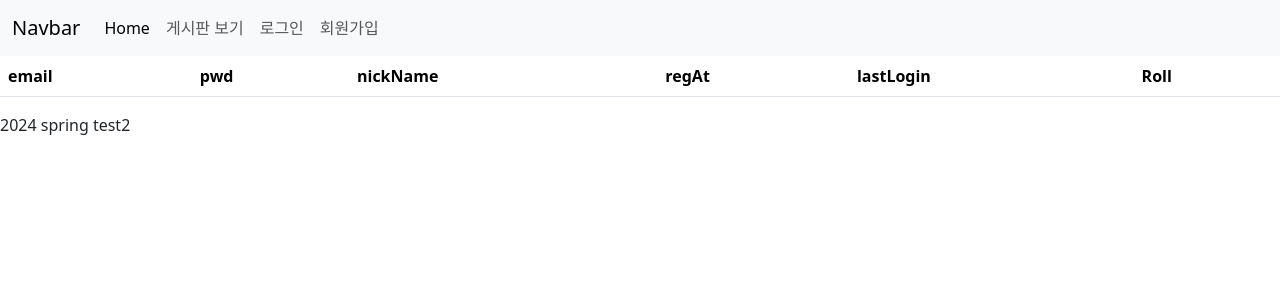
Repository: SadMyFace/spring-second
Page: http://localhost/spring_test2/WEB-INF/views/member/list.jsp
An editor plug-in stored every save of this project. The page is shown before and after the next save, followed by the edit.
The browser window is 1280 px wide. The pictures show the whole page.
The page is served by Tomcat 9. Nobody is signed in. Other server files are loaded and not shown. The template is opened directly, without the code that normally fills it, so the values that code supplies are empty.

Above is the page before, as saved 2024-01-16 01:50:39.
Console error: TypeError: Cannot read properties of null (reading 'addEventListener')

### spring_test2/src/main/webapp/WEB-INF/views/member/list.jsp
<%@ page language="java" contentType="text/html; charset=UTF-8"
    pageEncoding="UTF-8"%>
    <%@ taglib uri="http://java.sun.com/jsp/jstl/core" prefix="c" %>
    <%@ taglib uri="http://www.springframework.org/security/tags" prefix="sec"%>

<jsp:include page="../layout/header.jsp"></jsp:include>

	<table class="table">
	  <thead>
	    <tr>
	      <th scope="col">email</th>
	      <th scope="col">pwd</th>
	      <th scope="col">nickName</th>
	      <th scope="col">regAt</th>
	      <th scope="col">lastLogin</th>
	      <th scope="col">Roll</th>
	    </tr>
	  </thead>
	  <tbody>
	  	<c:forEach items="${list }" var="mvo">
	    <tr>
	      <th scope="row">${mvo.email }</th>
	      <td>${mvo.pwd }</a></td>
	      <td>${mvo.nickName }</td>
	      <td>${mvo.regAt }</td>
	      <td>${mvo.lastLogin }</td>
	      <c:forEach items="${mvo.authList }" var="auths">
			${auths.auth }
		  </c:forEach>
	    </tr>
	    </c:forEach>
	  </tbody>
	</table>


<jsp:include page="../layout/footer.jsp"></jsp:include>

### spring_test2/src/main/webapp/WEB-INF/views/layout/header.jsp
<%@ page language="java" contentType="text/html; charset=UTF-8"
    pageEncoding="UTF-8"%>
    <%@ taglib uri="http://java.sun.com/jsp/jstl/core" prefix="c" %>
    <%@ taglib uri="http://www.springframework.org/security/tags" prefix="sec"%>
<!DOCTYPE html>
<html>
<head>
<meta charset="UTF-8">
<title>Insert title here</title>
<link rel="stylesheet" href="https://cdn.jsdelivr.net/npm/bootstrap@5.3.1/dist/css/bootstrap.min.css">
<script src="https://cdn.jsdelivr.net/npm/bootstrap@5.3.1/dist/js/bootstrap.bundle.min.js"></script>
<nav class="navbar navbar-expand-lg bg-body-tertiary">
  <div class="container-fluid">
    <a class="navbar-brand" href="#">Navbar</a>
    <button class="navbar-toggler" type="button" data-bs-toggle="collapse" data-bs-target="#navbarNav" aria-controls="navbarNav" aria-expanded="false" aria-label="Toggle navigation">
      <span class="navbar-toggler-icon"></span>
    </button>
    <div class="collapse navbar-collapse" id="navbarNav">
      <ul class="navbar-nav">


      	<!-- 홈, 게시반 보기 -->
        <li class="nav-item">
          <a class="nav-link active" aria-current="page" href="/">Home</a>
        </li>
        <li class="nav-item">
          <a class="nav-link" href="/board/list">게시판 보기</a>
        </li>


        <!-- 현재 인증한 사용자의 정보를 가져와서 해당 권한이 있는지 확인 -->
        <!-- 현재 사용자의 정보는 principal -->
        <!-- anyMatch() : stream 매칭 메서드(최소한 1개의 요소가 주어진 조건에 맞는지 조사) -->
        <sec:authorize access="isAuthenticated()">
        <sec:authentication property="principal.mvo.email" var="authEmail"/>
        <sec:authentication property="principal.mvo.nickName" var="authNick"/>
        <sec:authentication property="principal.mvo.authList" var="auths"/>


        <!-- 게시판 작성 -->
        <li class="nav-item">
          <a class="nav-link" href="/board/register">게시판 작성</a>
        </li>


        <c:choose>
        	<c:when test="${auths.stream().anyMatch(authVO -> authVO.auth.equals('ROLE_ADMIN')).get() }">
        		<li class="nav-item">
		          <a class="nav-link" href="/member/list">회원 리스트 ${authNick }(${authEmail }/ADMIN)</a>
		        </li>
		        <li class="nav-item">
		          <a class="nav-link" href="/member/modify">회원 정보 수정 ${authNick }(${authEmail })</a>
		        </li>
        	</c:when>
        	<c:otherwise>
        		<li class="nav-item">
		          <a class="nav-link" href="/member/modify">회원 정보 수정 ${authNick }(${authEmail })</a>
		        </li>
        	</c:otherwise>
        </c:choose>


      	<!-- 로그아웃 -->
        <li class="nav-item">
          	<a class="nav-link" href="" id="logoutLink">로그아웃</a>
        </li>
        <form action="/member/logout" method="post" id="logoutForm">
        	<!-- 인증된(로그인한 계정의) 이메일 -->
        	<input type="hidden" name="email" value="${authEmail }">
        </form>
       	</sec:authorize>


        <!-- 로그인, 회원가입 -->
        <sec:authorize access="isAnonymous()">
	    <li class="nav-item">
	        <a class="nav-link" href="/member/login">로그인</a>
	    </li>
	    <li class="nav-item">
	        <a class="nav-link" href="/member/register">회원가입</a>
	    </li>
	    </sec:authorize>
      </ul>
    </div>
  </div>
</nav>
</head>

<script type="text/javascript">
document.getElementById('logoutLink').addEventListener('click', (e) =>{
    e.preventDefault();
    document.getElementById('logoutForm').submit();

})</script>

### spring_test2/src/main/webapp/WEB-INF/views/layout/footer.jsp
<%@ page language="java" contentType="text/html; charset=UTF-8"
    pageEncoding="UTF-8"%>

	<div>
		2024 spring test2
	</div>

</body>
</html>

After the next save:
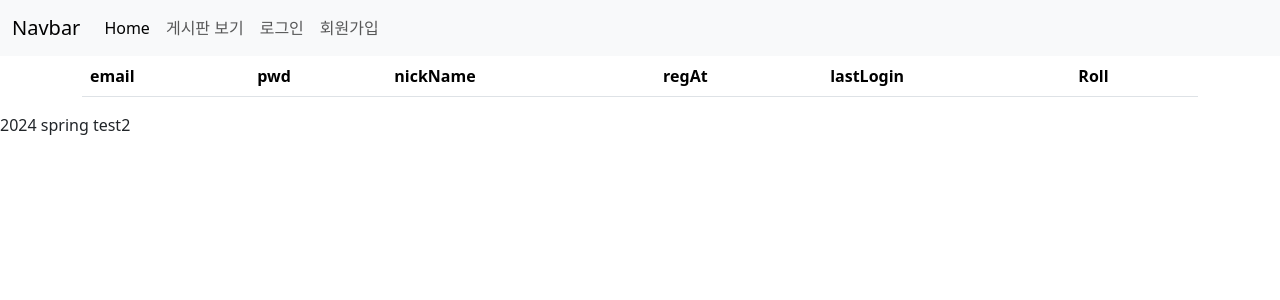
Saved 89 s later.
--- a/spring_test2/src/main/webapp/WEB-INF/views/member/list.jsp
+++ b/spring_test2/src/main/webapp/WEB-INF/views/member/list.jsp
@@ -4,7 +4,7 @@
     <%@ taglib uri="http://www.springframework.org/security/tags" prefix="sec"%>
 
 <jsp:include page="../layout/header.jsp"></jsp:include>
-
+<div class="container-md">
 	<table class="table">
 	  <thead>
 	    <tr>
@@ -31,6 +31,6 @@
 	    </c:forEach>
 	  </tbody>
 	</table>
-
+</div>
 
 <jsp:include page="../layout/footer.jsp"></jsp:include>
